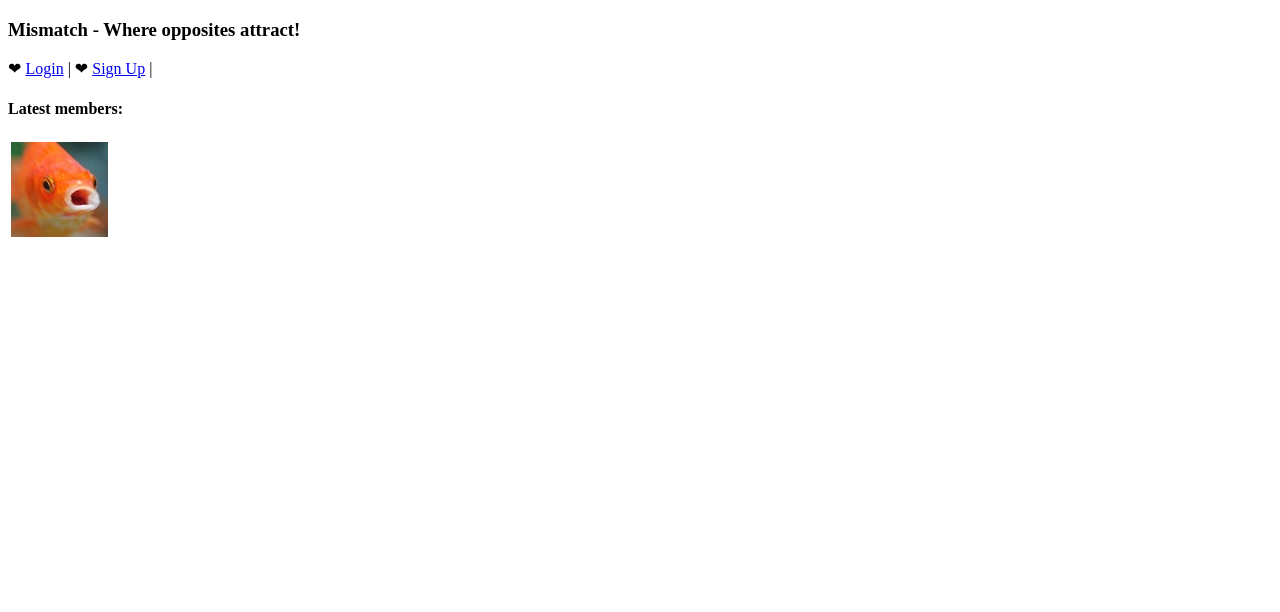
Repository: chelsea-g/PHP-MySQL
Page: http://localhost/labs/week07/ch07/mismatch/index.php
The author's editor kept a record of every edit. The page is drawn from the files as they stood at one moment, then again after the next edit.
The browser window is 1280 px wide. The pictures show the whole page.
The page is run by PHP 8.4 with error messages shown; the project is at /var/www/html/. The database holds what the project's SQL file puts in it.

Above is the page before.

After the next edit:
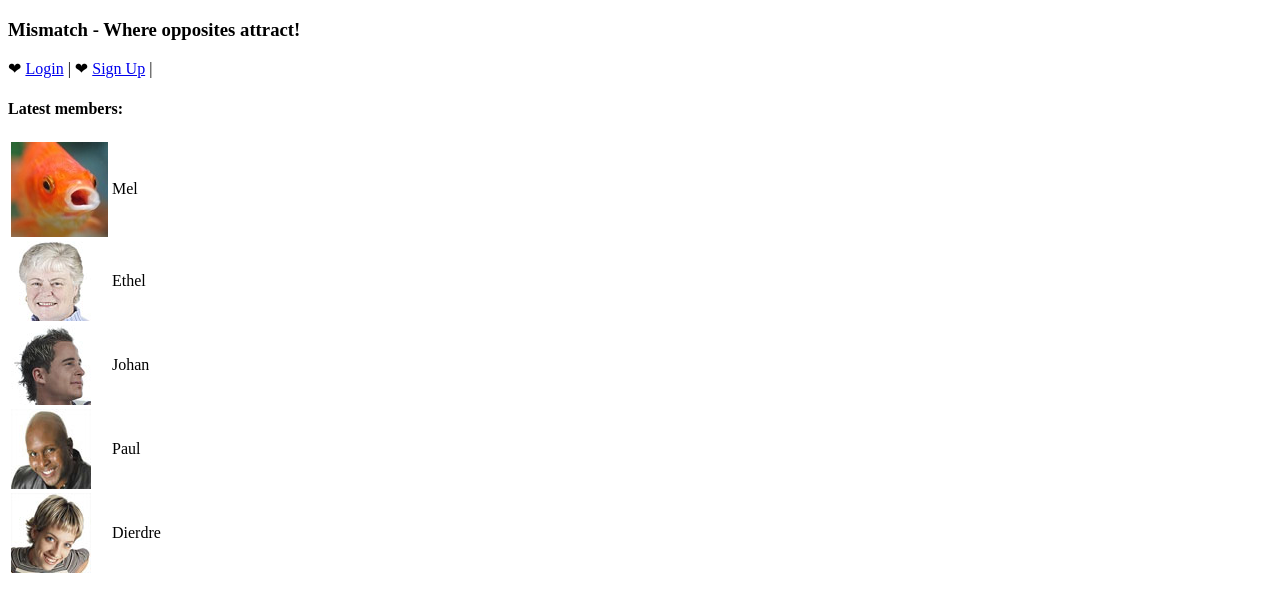
The edit:
--- a/labs/week07/ch07/mismatch/index.php
+++ b/labs/week07/ch07/mismatch/index.php
@@ -10,72 +10,72 @@
   <h3>Mismatch - Where opposites attract!</h3>
 <?php
 
-  //Start the session
-  session_start();
+    //Start the session
+    session_start();
 
-  //Implement scripts
-  require_once('appvars.php');
-  require_once('connectvars.php');
+    //Implement scripts
+    require_once('appvars.php');
+    require_once('connectvars.php');
 
-  //If the session vars aren't set, try to set them with a cookie
-  if (!isset($_SESSION['user_id'])) {
+    //If the session vars aren't set, try to set them with a cookie
+    if (!isset($_SESSION['user_id'])) {
 
-      if (isset($_COOKIE['user_id']) && isset($_COOKIE['username'])) {
+        if (isset($_COOKIE['user_id']) && isset($_COOKIE['username'])) {
 
-          $_SESSION['user_id'] = $_COOKIE['user_id'];
-          $_SESSION['username'] = $_COOKIE['username'];
+            $_SESSION['user_id'] = $_COOKIE['user_id'];
+            $_SESSION['username'] = $_COOKIE['username'];
 
-      }
+        }
 
-  }
+    }
 
 
-  //Generate the navigation menu
-  if(!isset($_SESSION['username'])) {
+    //Generate the navigation menu
+    if(!isset($_SESSION['username'])) {
 
-      echo '&#10084; <a href="login.php">Login</a> | ';
-      echo '&#10084; <a href="signup.php">Sign Up</a> | ';
+        echo '&#10084; <a href="login.php">Login</a> | ';
+        echo '&#10084; <a href="signup.php">Sign Up</a> | ';
 
-  } else {
+    } else {
 
-      echo '&#10084; <a href="viewprofile.php">View Profile</a> | ';
-      echo '&#10084; <a href="editprofile.php">Edit Profile</a> | ';
-      echo '&#10084; <a href="logout.php">Log Out (' . $_SESSION['username'] . ') </a><br />';
+        echo '&#10084; <a href="viewprofile.php">View Profile</a> | ';
+        echo '&#10084; <a href="editprofile.php">Edit Profile</a> | ';
+        echo '&#10084; <a href="logout.php">Log Out (' . $_SESSION['username'] . ') </a><br />';
 
-  }
+    }
 
 
-  // Connect to the database
-  $dbc = mysqli_connect(DB_HOST, DB_USER, DB_PASSWORD, DB_NAME);
+    // Connect to the database
+    $dbc = mysqli_connect(DB_HOST, DB_USER, DB_PASSWORD, DB_NAME);
 
-  // Retrieve the user data from MySQL
-  $query = "SELECT user_id, first_name, picture FROM mismatch_user WHERE first_name IS NOT NULL ORDER BY join_date DESC LIMIT 5";
-  $data = mysqli_query($dbc, $query);
+    // Retrieve the user data from MySQL
+    $query = "SELECT user_id, first_name, picture FROM mismatch_user WHERE first_name IS NOT NULL ORDER BY join_date DESC LIMIT 5";
+    $data = mysqli_query($dbc, $query);
 
-  // Loop through the array of user data, formatting it as HTML
-  echo '<h4>Latest members:</h4>';
-  echo '<table>';
+    // Loop through the array of user data, formatting it as HTML
+    echo '<h4>Latest members:</h4>';
+    echo '<table>';
 
-  while ($row = mysqli_fetch_array($data)) {
+    while ($row = mysqli_fetch_array($data)) {
 
-      if (is_file(MM_UPLOADPATH . $row['picture']) && filesize(MM_UPLOADPATH . $row['picture']) > 0) {
+        if (is_file(MM_UPLOADPATH . $row['picture']) && filesize(MM_UPLOADPATH . $row['picture']) > 0) {
+          echo '<tr><td><img src="' . MM_UPLOADPATH . $row['picture'] . '" alt="' . $row['first_name'] . '" /></td>';
+        } else {
+          echo '<tr><td><img src="' . MM_UPLOADPATH . 'nopic.jpg' . '" alt="' . $row['first_name'] . '" /></td>';
+        }
+        if (isset($_SESSION['user_id'])) {
+          echo '<td><a href="viewprofile.php?user_id=' . $row['user_id'] . '">' . $row['first_name'] . '</a></td></tr>';
+        }
+        else {
+          echo '<td>' . $row['first_name'] . '</td></tr>';
+        }
 
-          echo '<tr><td><img src="' . MM_UPLOADPATH . $row['picture'] . '" alt="' . $row['first_name'] . '" /></td>';
+    }
 
-      } else {
+    echo '</table>';
 
-          echo '<tr><td><img src="' . MM_UPLOADPATH . 'nopic.jpg' . '" alt="' . $row['first_name'] . '" /></td>';
-
-      }
-
-         echo '<td><a href="' . $row['first_name'] . '</td></tr>';
-
-  }
-
-  echo '</table>';
-
-  //Close mismatchdb
-  mysqli_close($dbc);
+    //Close mismatchdb
+    mysqli_close($dbc);
 
 ?>
 
